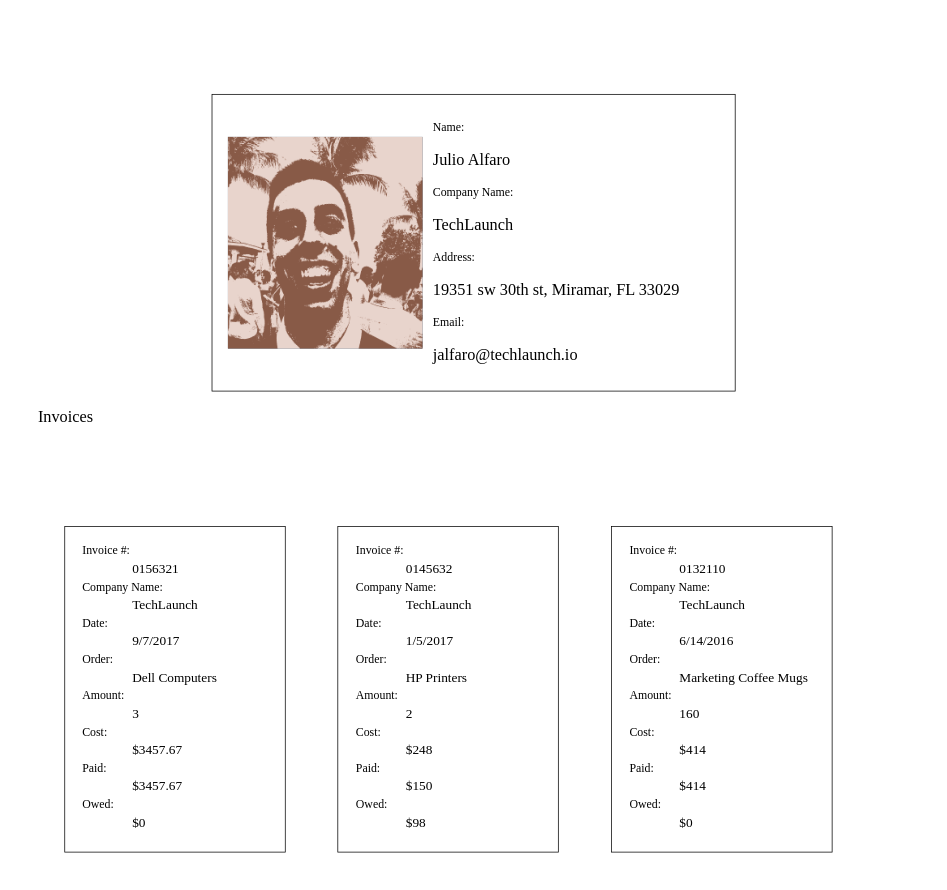
Repository: Juliolikescoding/WEB1100_invoice_app
Page: index.html
An editor plug-in stored every save of this project. The page is shown before and after the next save, followed by the edit.
The browser window is 1280 px wide. The pictures show the whole page, at 74% of full size.
Some web fonts or font styles are not loaded; a fallback is used.

Above is the page before, as saved 2018-05-17 19:08:17.

After the next save:
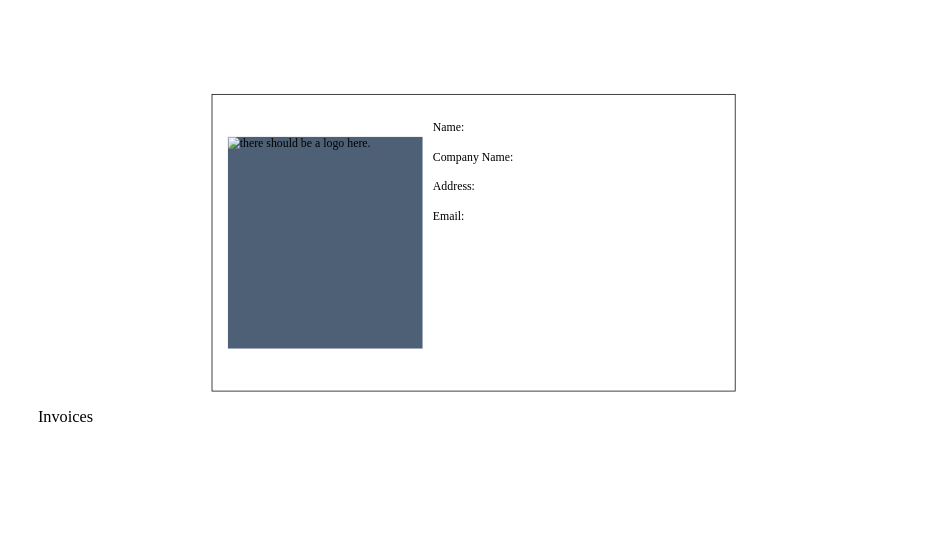
Console error: SyntaxError: Unexpected string
Saved 23 min 6 s later.
--- a/index.html
+++ b/index.html
@@ -126,6 +126,33 @@
                 amount: 160,
                 cost: 414.00,
                 paid: 414.00
+            },
+            {
+                inv_id: "0156324",
+                companyName: user.companyName,
+                date: "2/31/2010",
+                order: "Paint LLC.",
+                amount: 34 "cans",
+                cost: 10000.67,
+                paid: 3457.67
+            },
+            {
+                inv_id: "090063",
+                companyName: user.companyName,
+                date: "04/23/1994",
+                order: "Yewlissa's Bakery",
+                amount: 34 "cakes",
+                cost: 3.00,
+                paid: 4.00
+            },
+            {
+                inv_id: "456321",
+                companyName: user.companyName,
+                date: "6/18/1880",
+                order: "Pizza Hut",
+                amount: 300 "pies",
+                cost: 3000.67,
+                paid: 3000.00
             }
 
         ]

After the save that followed:
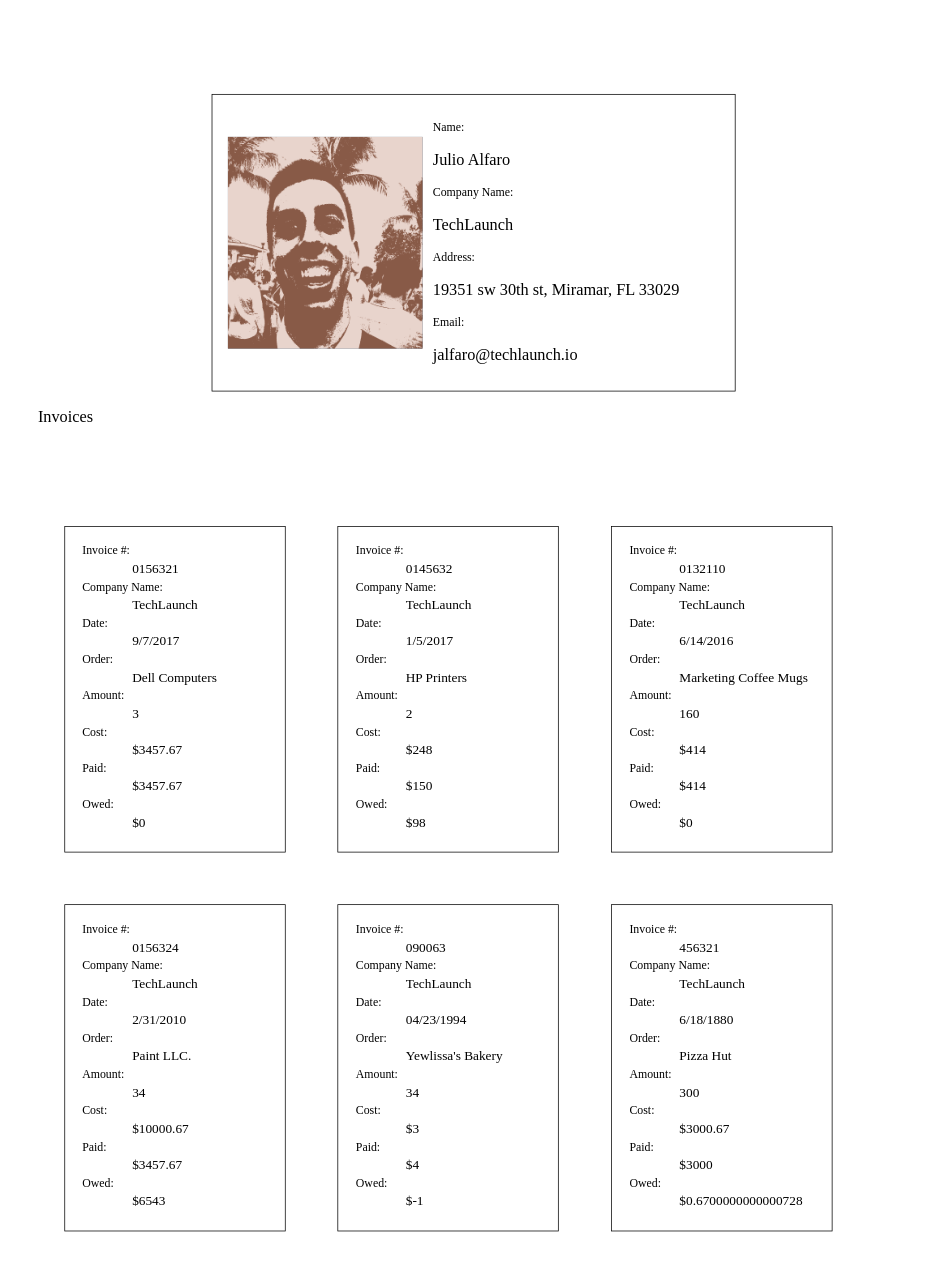
The error is gone.
Saved 43 s later.
--- a/index.html
+++ b/index.html
@@ -132,7 +132,7 @@
                 companyName: user.companyName,
                 date: "2/31/2010",
                 order: "Paint LLC.",
-                amount: 34 "cans",
+                amount: 34,
                 cost: 10000.67,
                 paid: 3457.67
             },
@@ -141,7 +141,7 @@
                 companyName: user.companyName,
                 date: "04/23/1994",
                 order: "Yewlissa's Bakery",
-                amount: 34 "cakes",
+                amount: 34 ,
                 cost: 3.00,
                 paid: 4.00
             },
@@ -150,7 +150,7 @@
                 companyName: user.companyName,
                 date: "6/18/1880",
                 order: "Pizza Hut",
-                amount: 300 "pies",
+                amount: 300 ,
                 cost: 3000.67,
                 paid: 3000.00
             }
